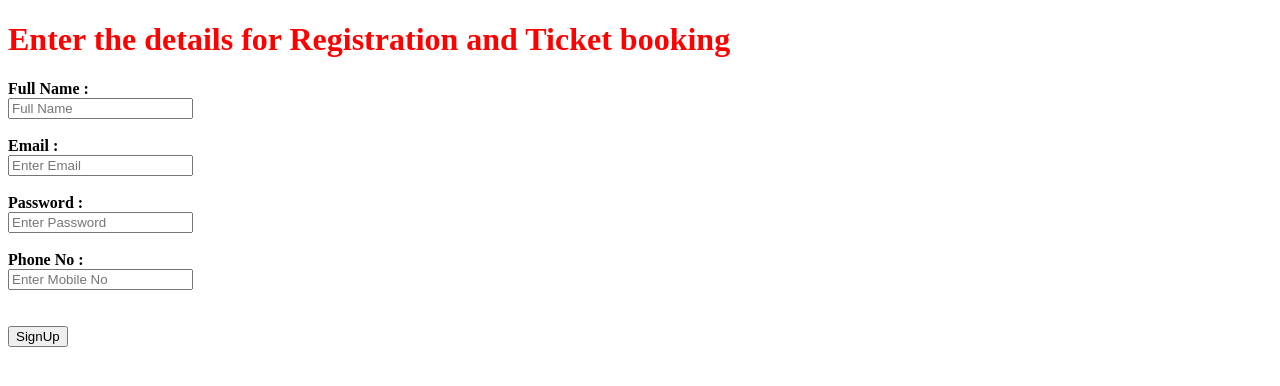
Repository: Shivani2392/FlyAwayProject
Page: http://localhost/FlightBookingPortal/UserResgistrationPage.jsp
An editor plug-in stored every save of this project. The page is shown before and after the next save, followed by the edit.
The browser window is 1280 px wide. The pictures show the whole page.
The page is served by Tomcat 9.

Above is the page before, as saved 2020-11-19 13:46:17.

After the next save:
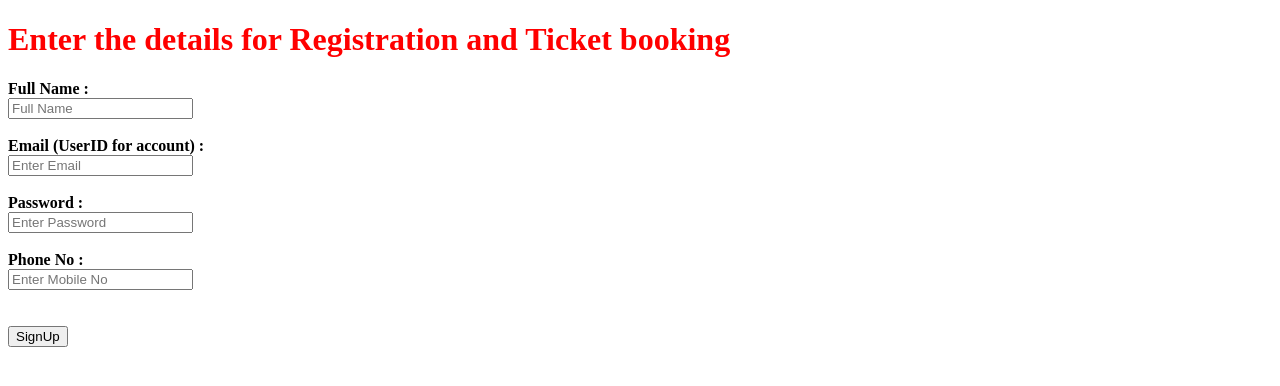
Saved 15 s later.
--- a/FlightBookingPortal/src/main/webapp/UserResgistrationPage.jsp
+++ b/FlightBookingPortal/src/main/webapp/UserResgistrationPage.jsp
@@ -12,7 +12,7 @@
       <label for="uname"><b>Full Name : </b></label><br>
       <input type="text" placeholder="Full Name" name="uname" required>
       <br><br>
-      <label for="mail"><b>Email : 	</b></label><br>
+      <label for="mail"><b>Email (UserID for account) : 	</b></label><br>
       <input type="email" placeholder="Enter Email" name="mail" required>
       <br><br>
       <label for="psw"><b>Password : 	</b></label><br>

After the save that followed:
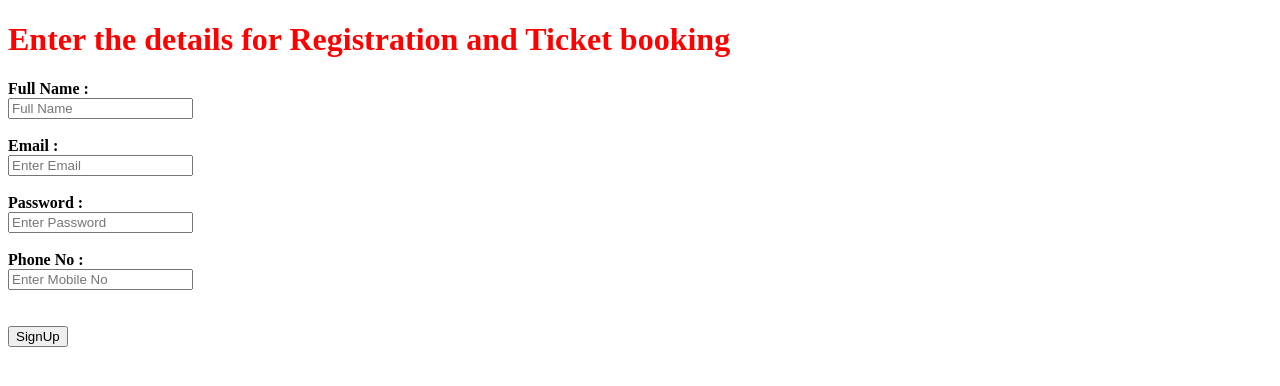
Saved 13 s later.
--- a/FlightBookingPortal/src/main/webapp/UserResgistrationPage.jsp
+++ b/FlightBookingPortal/src/main/webapp/UserResgistrationPage.jsp
@@ -12,7 +12,7 @@
       <label for="uname"><b>Full Name : </b></label><br>
       <input type="text" placeholder="Full Name" name="uname" required>
       <br><br>
-      <label for="mail"><b>Email (UserID for account) : 	</b></label><br>
+      <label for="mail"><b>Email : 	</b></label><br>
       <input type="email" placeholder="Enter Email" name="mail" required>
       <br><br>
       <label for="psw"><b>Password : 	</b></label><br>
